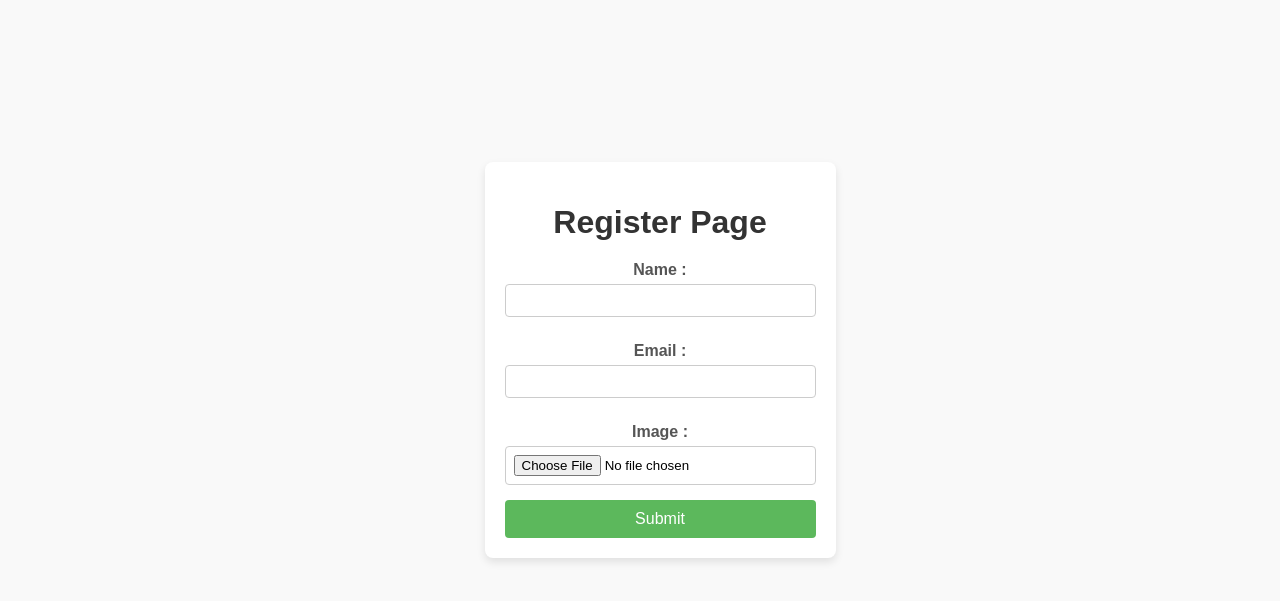
Repository: RajkumarBalimidi/Demo-JFSWD-Project
Page: DemoProject/src/main/webapp/index.html
The author's editor kept a copy of each file at every save. The page is drawn from the files as they stood at one save, then again after the next save.
The browser window is 1280 px wide. The pictures show the whole page.

Above is the page before, as saved 2024-11-05 07:11:52.

### DemoProject/src/main/webapp/index.html
<!DOCTYPE html>
<html>
<head>
<meta charset="UTF-8">
<title>Register</title>
<style>
    body {
        font-family: Arial, sans-serif;
        display: flex;
        align-items: center;
        justify-content: center;
        height: 100vh;
        margin: 0;
        background-color: #f9f9f9;
    }

    .register {
        width: 100%;
        max-width: 400px;
        padding: 20px;
        background-color: #ffffff;
        border-radius: 8px;
        box-shadow: 0 4px 8px rgba(0, 0, 0, 0.1);
        text-align: center;
    }

    .register h1 {
        color: #333;
        margin-bottom: 20px;
    }

    label {
        display: block;
        margin-top: 10px;
        font-weight: bold;
        color: #555;
    }

    input[type="text"],
    input[type="email"],
    input[type="file"] {
        width: 100%;
        padding: 8px;
        margin: 5px 0 15px 0;
        border: 1px solid #ccc;
        border-radius: 4px;
        box-sizing: border-box;
    }

    input[type="submit"] {
        width: 100%;
        padding: 10px;
        background-color: #5cb85c;
        color: #ffffff;
        border: none;
        border-radius: 4px;
        font-size: 16px;
        cursor: pointer;
        transition: background-color 0.3s ease;
    }

    input[type="submit"]:hover {
        background-color: #4cae4c;
    }
</style>

</head>
<body>

	<form action="Register">
		<div class="register">
			<h1>Register Page</h1>
			<label>Name : </label>
			<input type="text" name="name"><br>
			<label>Email : </label>
			<input type="email" name="email"><br>
			<label>Image : </label>
			<input type="file" name="image"><br>

			<input type="submit" name="submit"><br>
		</div>
	</form>

</body>
</html>

After the next save:
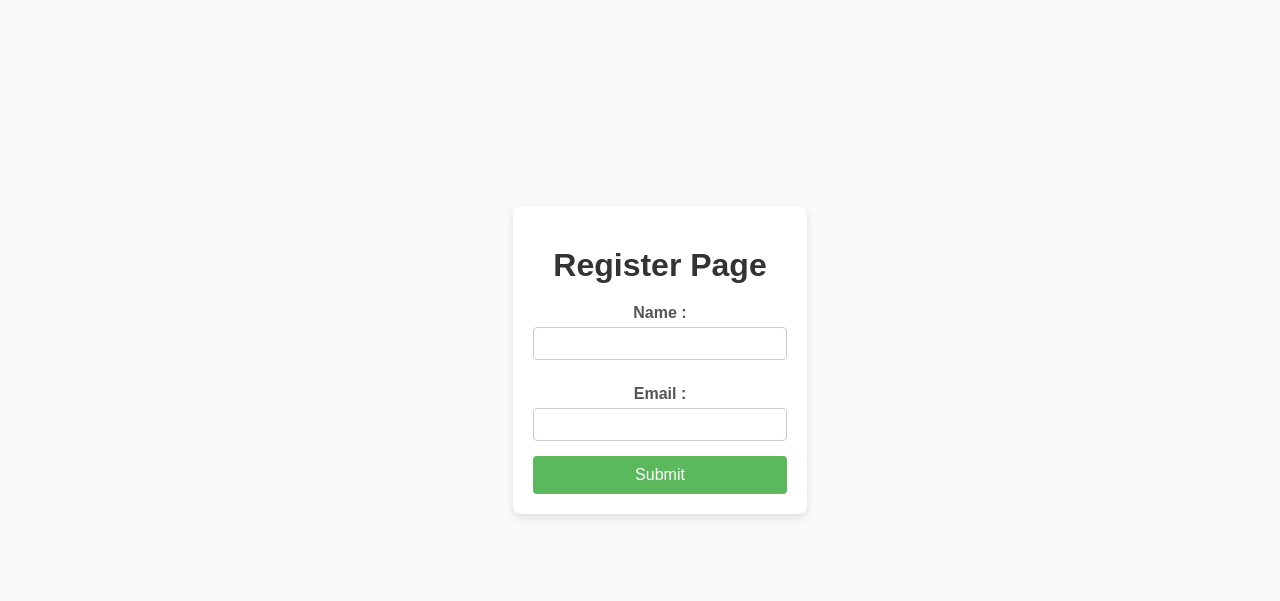
Saved 5 min 49 s later.
--- a/DemoProject/src/main/webapp/index.html
+++ b/DemoProject/src/main/webapp/index.html
@@ -74,8 +74,7 @@
 			<input type="text" name="name"><br>
 			<label>Email : </label>
 			<input type="email" name="email"><br>
-			<label>Image : </label>
-			<input type="file" name="image"><br>
+
 
 			<input type="submit" name="submit"><br>
 		</div>

After the save that followed:
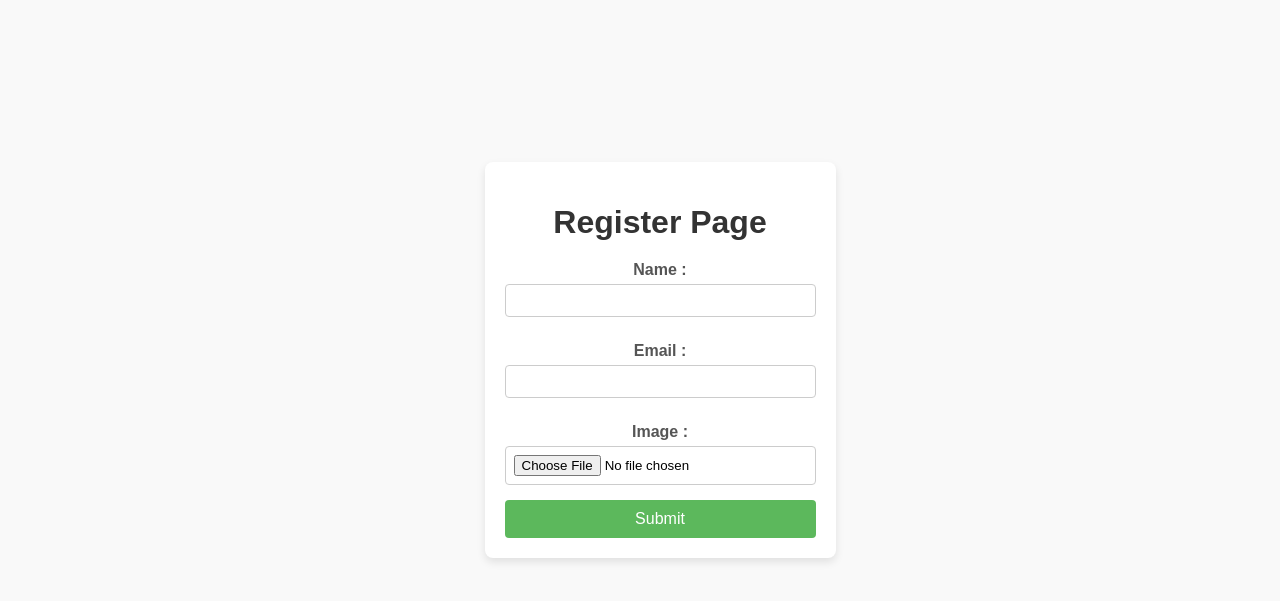
Saved 12 s later.
--- a/DemoProject/src/main/webapp/index.html
+++ b/DemoProject/src/main/webapp/index.html
@@ -74,7 +74,8 @@
 			<input type="text" name="name"><br>
 			<label>Email : </label>
 			<input type="email" name="email"><br>
-
+			<label>Image : </label>
+			<input type="file"><br>
 
 			<input type="submit" name="submit"><br>
 		</div>
